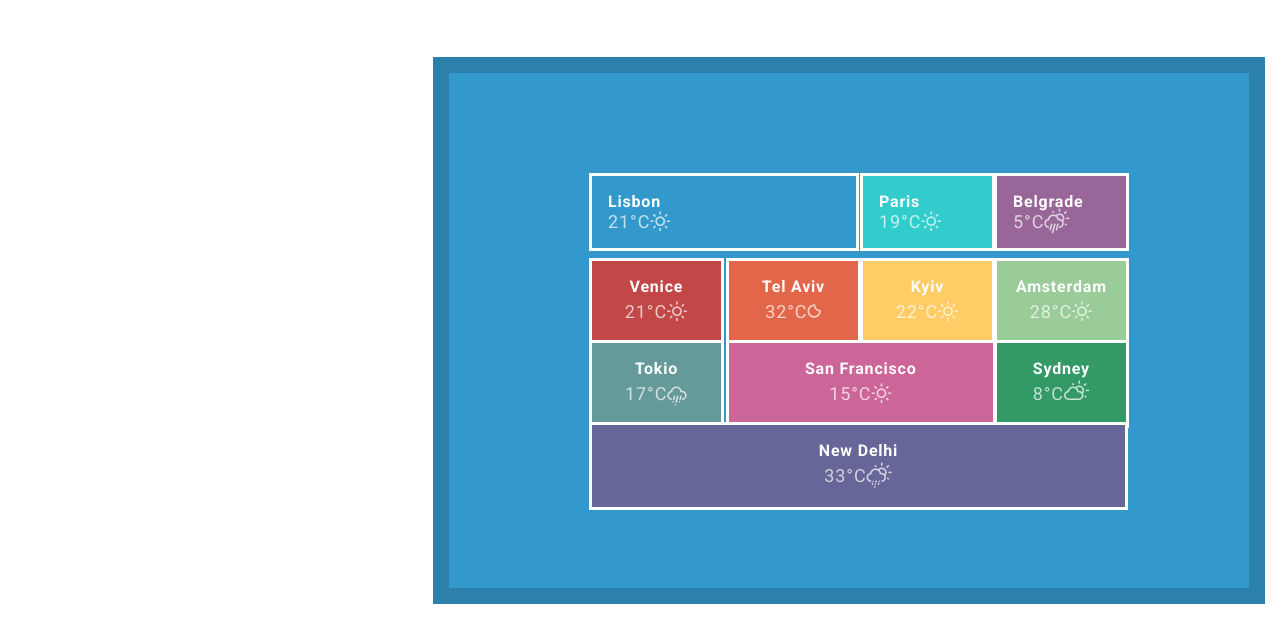
Repository: shpakovskaya/github.io
Page: boxsizing/weatherforecast/index.html
The author's editor kept a copy of each file at every save. The page is drawn from the files as they stood at one save, then again after the next save.
The browser window is 1280 px wide. The pictures show the whole page.

Above is the page before, as saved 2021-11-29 20:54:45.

After the next save:
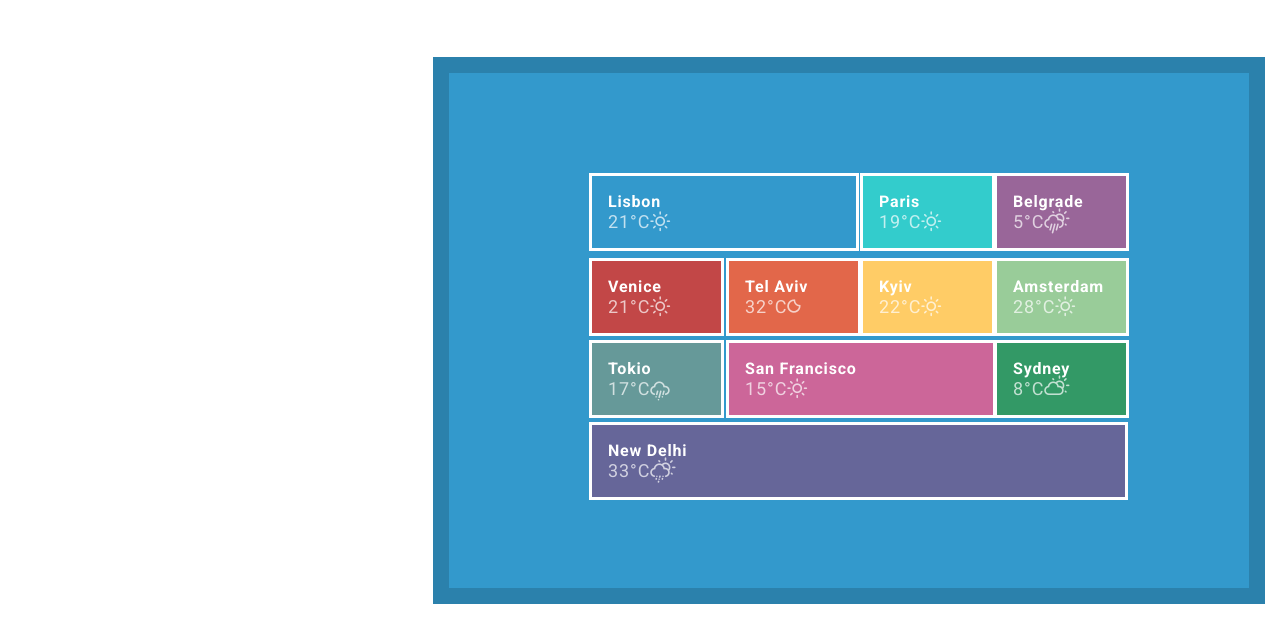
Saved 67 s later.
--- a/boxsizing/weatherforecast/style.css
+++ b/boxsizing/weatherforecast/style.css
@@ -46,7 +46,6 @@ li {
   font-weight: bold;
   line-height: 19px;
   letter-spacing: 0.05em;
-  align-items: center;
 }
 
 span {
@@ -104,38 +103,38 @@ span {
 }
 
 .e-item__4 {
-  display: flex;
+  /* display: flex;
+  flex-direction: column;
+  justify-content: center; */
+  align-items: center;
+  position: absolute;
+  width: 25%;
+  /* height: 79px; */
+  left: 0px;
+  top: 85px;
+  background: #c24747;
+  border: 3px solid #ffffff;
+}
+
+.e-item__5 {
+  /* display: flex;
   flex-direction: column;
   justify-content: center;
-  align-items: center;
-  position: absolute;
-  width: 25%;
-  /* height: 79px; */
-  left: 0px;
-  top: 85px;
-  background: #c24747;
-  border: 3px solid #ffffff;
-}
-
-.e-item__5 {
-  display: flex;
+  align-items: center; */
+  position: absolute;
+  width: 25%;
+  /* height: 79px; */
+  left: 137px;
+  top: 85px;
+  background: #e2674a;
+  border: 3px solid #ffffff;
+}
+
+.e-item__6 {
+  /* display: flex;
   flex-direction: column;
   justify-content: center;
-  align-items: center;
-  position: absolute;
-  width: 25%;
-  /* height: 79px; */
-  left: 137px;
-  top: 85px;
-  background: #e2674a;
-  border: 3px solid #ffffff;
-}
-
-.e-item__6 {
-  display: flex;
-  flex-direction: column;
-  justify-content: center;
-  align-items: center;
+  align-items: center; */
   position: absolute;
   width: 25%;
   /* height: 79px; */
@@ -146,9 +145,9 @@ span {
 }
 
 .e-item__7 {
-  display: flex;
-  flex-direction: column;
-  justify-content: center;
+  /* display: flex;
+  flex-direction: column;
+  justify-content: center; */
   align-items: center;
   position: absolute;
   width: 25%;
@@ -160,9 +159,9 @@ span {
 }
 
 .e-item__8 {
-  display: flex;
-  flex-direction: column;
-  justify-content: center;
+  /* display: flex;
+  flex-direction: column;
+  justify-content: center; */
   align-items: center;
   position: absolute;
   width: 25%;
@@ -174,9 +173,9 @@ span {
 }
 
 .e-item__9 {
-  display: flex;
-  flex-direction: column;
-  justify-content: center;
+  /* display: flex;
+  flex-direction: column;
+  justify-content: center; */
   align-items: center;
   position: absolute;
   width: 50%;
@@ -188,9 +187,9 @@ span {
 }
 
 .e-item__10 {
-  display: flex;
-  flex-direction: column;
-  justify-content: center;
+  /* display: flex;
+  flex-direction: column;
+  justify-content: center; */
   align-items: center;
   position: absolute;
   width: 25%;
@@ -202,9 +201,9 @@ span {
 }
 
 .e-item__11 {
-  display: flex;
-  flex-direction: column;
-  justify-content: center;
+  /* display: flex;
+  flex-direction: column;
+  justify-content: center; */
   align-items: center;
   position: absolute;
   width: 100%;
